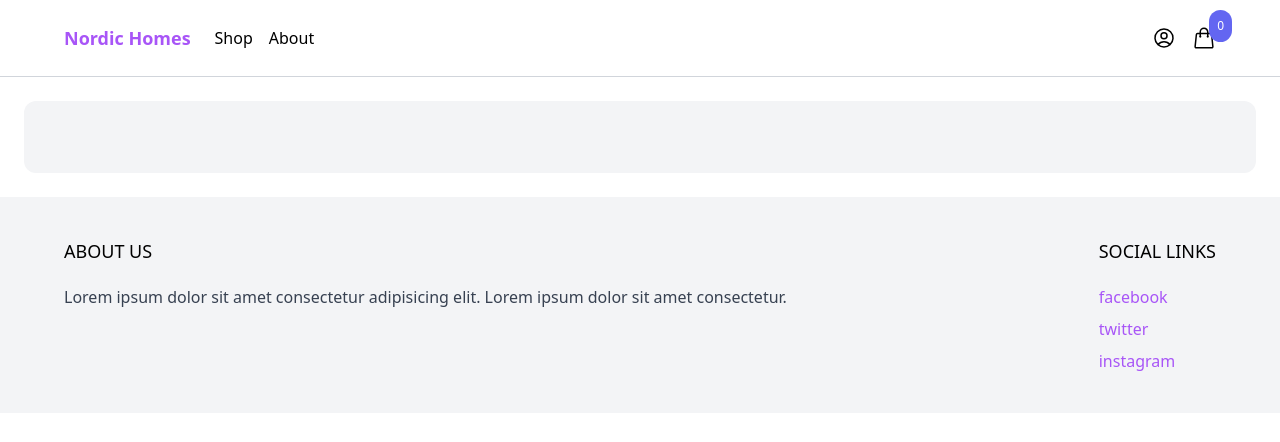
Repository: Calin224/NordicHomes
Page: core/templates/core/signup.html
These files come from the project's save history. The page is drawn as it stood at one moment and after the next save; the edit follows.
The browser window is 1280 px wide. The pictures show the whole page.
Some web libraries are served in a nearby version. The template is drawn by Django 4.2. The application's start-up code is not run. Other server files are loaded and not shown. The template is opened directly, without the code that normally fills it, so the values that code supplies are empty.

Above is the page before, as saved 2023-02-15 21:38:04.

### core/templates/core/signup.html
{% extends 'core/base.html' %}

{% block content %}

<div class="max-2-lg mx-auto flex flex-wrap p-6">
    <div class="w-full bg-gray-100 p-6 rounded-xl">
        <h1 class="mb-6 text-2xl"></h1>
    </div>
</div>

{% endblock content %}

### core/templates/core/base.html
<!DOCTYPE html>
<html lang="en">

<head>
    <meta charset="UTF-8">
    <meta name="viewport" content="width=device-width, initial-scale=1.0">
    <script src="https://cdn.tailwindcss.com"></script>
</head>

<body>
    <nav class="border-b border-gray-300">
        <div class="max-w-6xl mx-auto py-2 px-6 xl:px-0 flex items-center justify-between">
            <div class="menu-left flex items-center space-x-6">
                <a href="{% url 'frontpage' %}" class="py-4 text-lg text-purple-500 font-semibold">Nordic Homes</a>

                <ul class="flex items-center space-x-4">
                    <li><a href="{% url 'shop' %}">Shop</a></li>
                    <li><a href="#">About</a></li>
                </ul>
            </div>

            <div class="menu-right flex items-center space-x-4">
                <a href="#">
                    <svg xmlns="http://www.w3.org/2000/svg" fill="none" viewBox="0 0 24 24" stroke-width="1.5"
                        stroke="currentColor" class="w-6 h-6">
                        <path stroke-linecap="round" stroke-linejoin="round"
                            d="M17.982 18.725A7.488 7.488 0 0012 15.75a7.488 7.488 0 00-5.982 2.975m11.963 0a9 9 0 10-11.963 0m11.963 0A8.966 8.966 0 0112 21a8.966 8.966 0 01-5.982-2.275M15 9.75a3 3 0 11-6 0 3 3 0 016 0z" />
                    </svg>

                </a>

                {% include 'cart/menu_cart.html' %}
            </div>
        </div>
    </nav>

    <main>
        {% block content %}{% endblock content %}
    </main>

    <footer class="bg-gray-100">
        <div class="max-w-6xl mx-auto py-10 px-6 xl:px-0 md:flex justify-between">
            <div class="footer-left mb-12 md:mb-0">
                <h2 class="mb-5 uppercase text-lg">about us</h2>
                <p class="text-gray-700">Lorem ipsum dolor sit amet consectetur adipisicing elit. Lorem ipsum dolor sit
                    amet consectetur.</p>
            </div>

            <div class="footer-right">
                <h2 class="mb-5 uppercase text-lg">social links</h2>
                <ul class="space-y-2">
                    <li><a href="#" class="text-purple-500 hover:text-purple-800">facebook</a></li>
                    <li><a href="#" class="text-purple-500 hover:text-purple-800">twitter</a></li>
                    <li><a href="#" class="text-purple-500 hover:text-purple-800">instagram</a></li>
                </ul>
            </div>
        </div>
    </footer>

    <script src="https://unpkg.com/htmx.org@1.8.5"></script>
</body>

</html>

### cart/templates/cart/menu_cart.html
<a href="#" id="menu-cart-button" class="relative">
    <svg xmlns="http://www.w3.org/2000/svg" fill="none" viewBox="0 0 24 24" stroke-width="1.5"
        stroke="currentColor" class="w-6 h-6">
        <path stroke-linecap="round" stroke-linejoin="round"
            d="M15.75 10.5V6a3.75 3.75 0 10-7.5 0v4.5m11.356-1.993l1.263 12c.07.665-.45 1.243-1.119 1.243H4.25a1.125 1.125 0 01-1.12-1.243l1.264-12A1.125 1.125 0 015.513 7.5h12.974c.576 0 1.059.435 1.119 1.007zM8.625 10.5a.375.375 0 11-.75 0 .375.375 0 01.75 0zm7.5 0a.375.375 0 11-.75 0 .375.375 0 01.75 0z" />
    </svg>
    <span class="p-2 absolute -top-4 -right-4 bg-indigo-500 text-white text-xs rounded-full">{{cart|length}}</span>
</a>

After the next save:
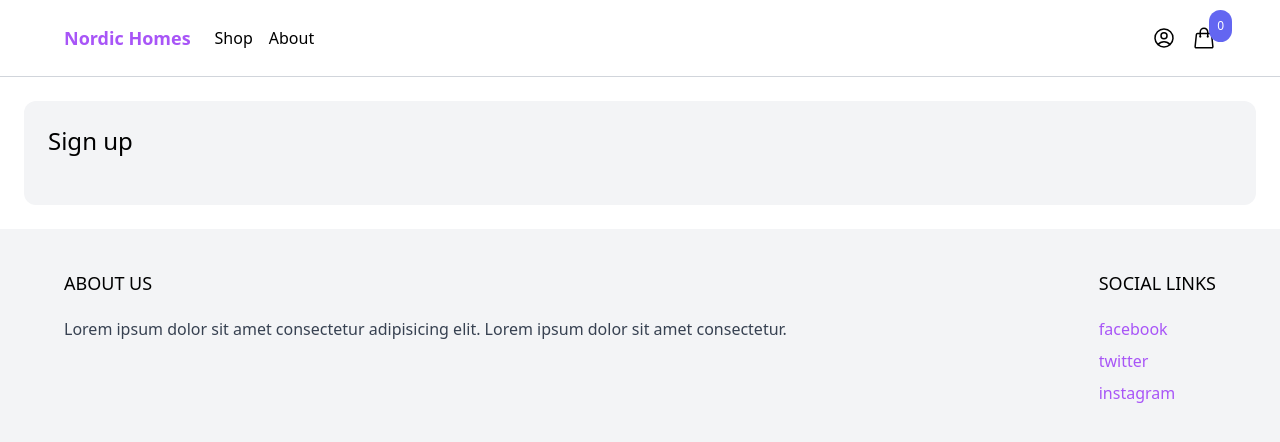
Saved 6 s later.
--- a/core/templates/core/signup.html
+++ b/core/templates/core/signup.html
@@ -4,7 +4,7 @@
 
 <div class="max-2-lg mx-auto flex flex-wrap p-6">
     <div class="w-full bg-gray-100 p-6 rounded-xl">
-        <h1 class="mb-6 text-2xl"></h1>
+        <h1 class="mb-6 text-2xl">Sign up</h1>
     </div>
 </div>
 
